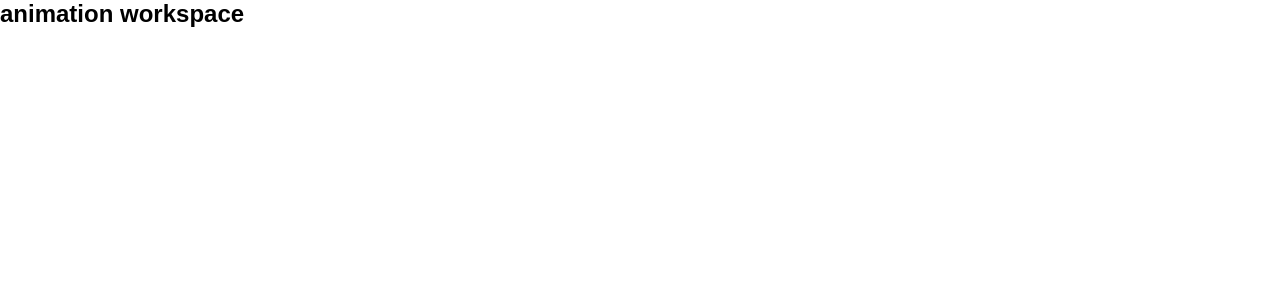
Repository: apeli23/posteranimation
Page: /
The author's editor kept a copy of each file at every save. The page is drawn from the files as they stood at one save, then again after a run of saves.
The browser window is 1280 px wide. The pictures show the whole page.
The project was rebuilt for these pictures with package versions that can differ from the ones it lists, and the page was loaded fresh each time. The framework's server and built-in components were replaced by stand-ins that run in the browser. Also part of the build but not shown: next.config.js.

Above is the page before, as saved 2022-04-21 17:06:36.

After the next 4 saves:
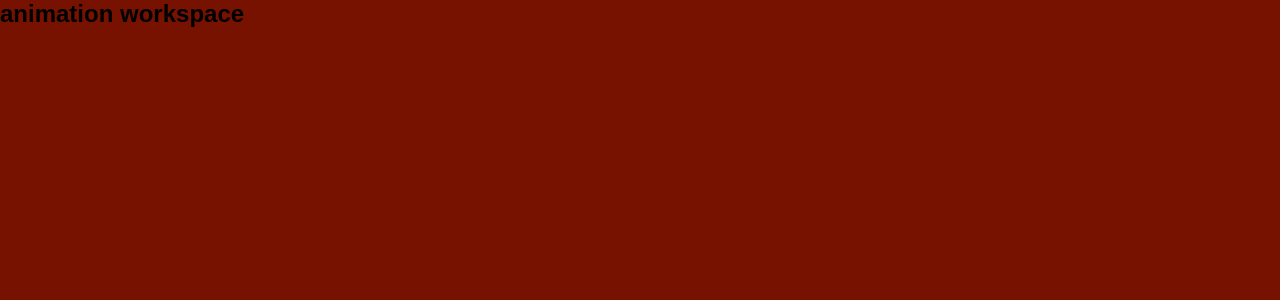
The 4 saves are shown as one change because they came seconds apart.
The last was saved 10 s later.
--- a/styles/globals.css
+++ b/styles/globals.css
@@ -6,5 +6,5 @@
 }
 
 body {
-  background:
+  background: #710
 }
